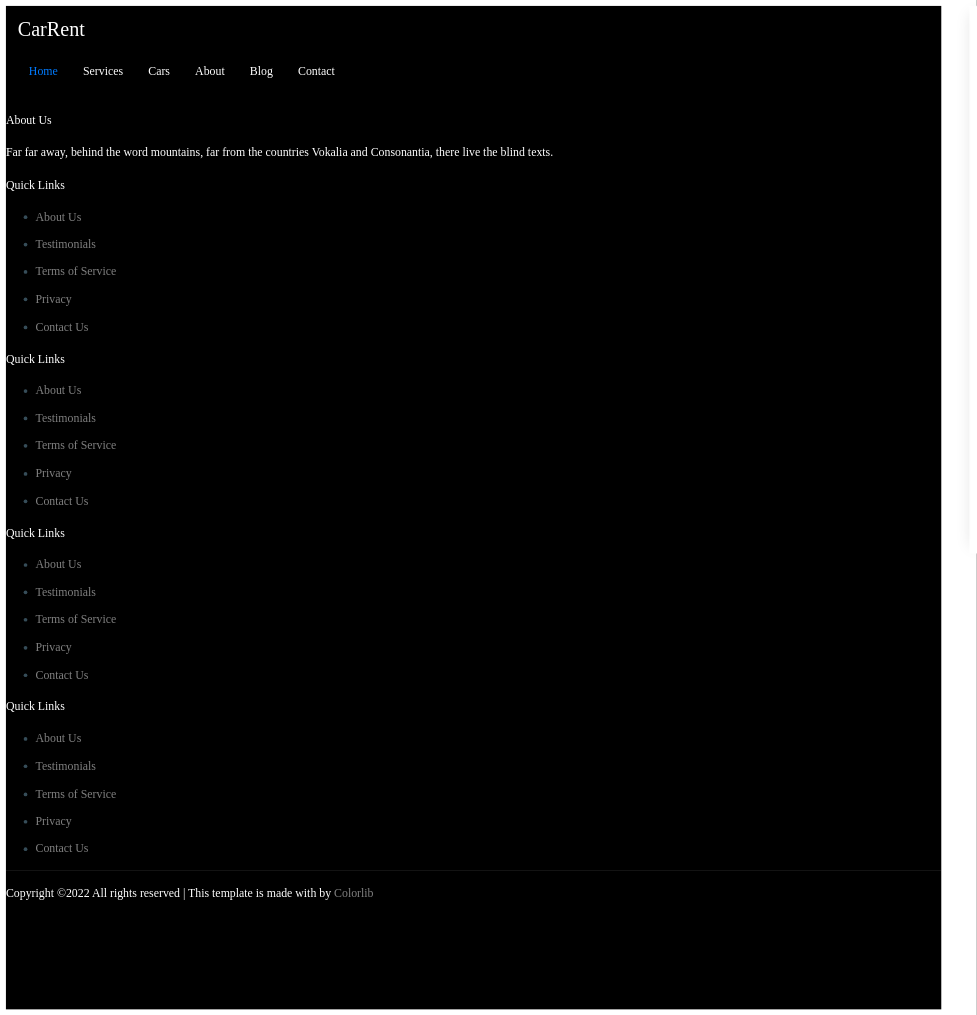
Repository: Cwills21/Aiti-dbc26.1-group-2
Page: http://localhost/cars
These files come from the project's save history. The page is drawn as it stood at one moment and after the next save; the edit follows.
The browser window is 1280 px wide. The page is 1320 px wide, so the pictures cover 1320 px, including what lies to the right of the window. The pictures show the whole page, at 74% of full size.
The page is served by the project's Laravel application, run on PHP 8.4 with Laravel 8. Queries for data that is not in the repository find no rows.

Above is the page before, as saved 2022-03-10 21:58:41.

After the next save:
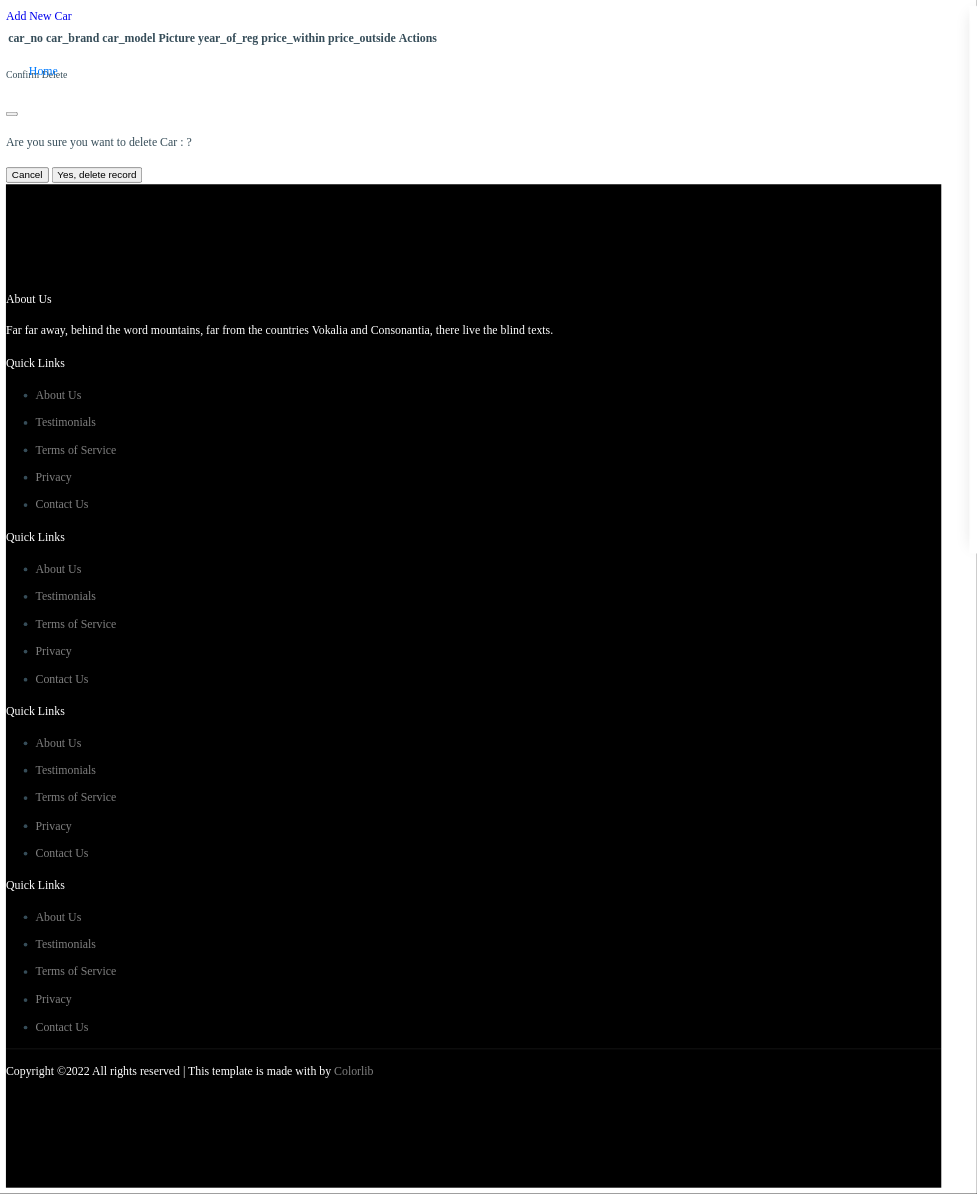
Saved 35 s later.
--- a/resources/views/layout/master.blade.php
+++ b/resources/views/layout/master.blade.php
@@ -75,7 +75,11 @@
 
       </header>
 
-
+      <div class="mt-5">
+        @include('common.alert')
+        {{-- @include('common.errors') --}}
+        @yield('content')
+      </div>
 
 
 
